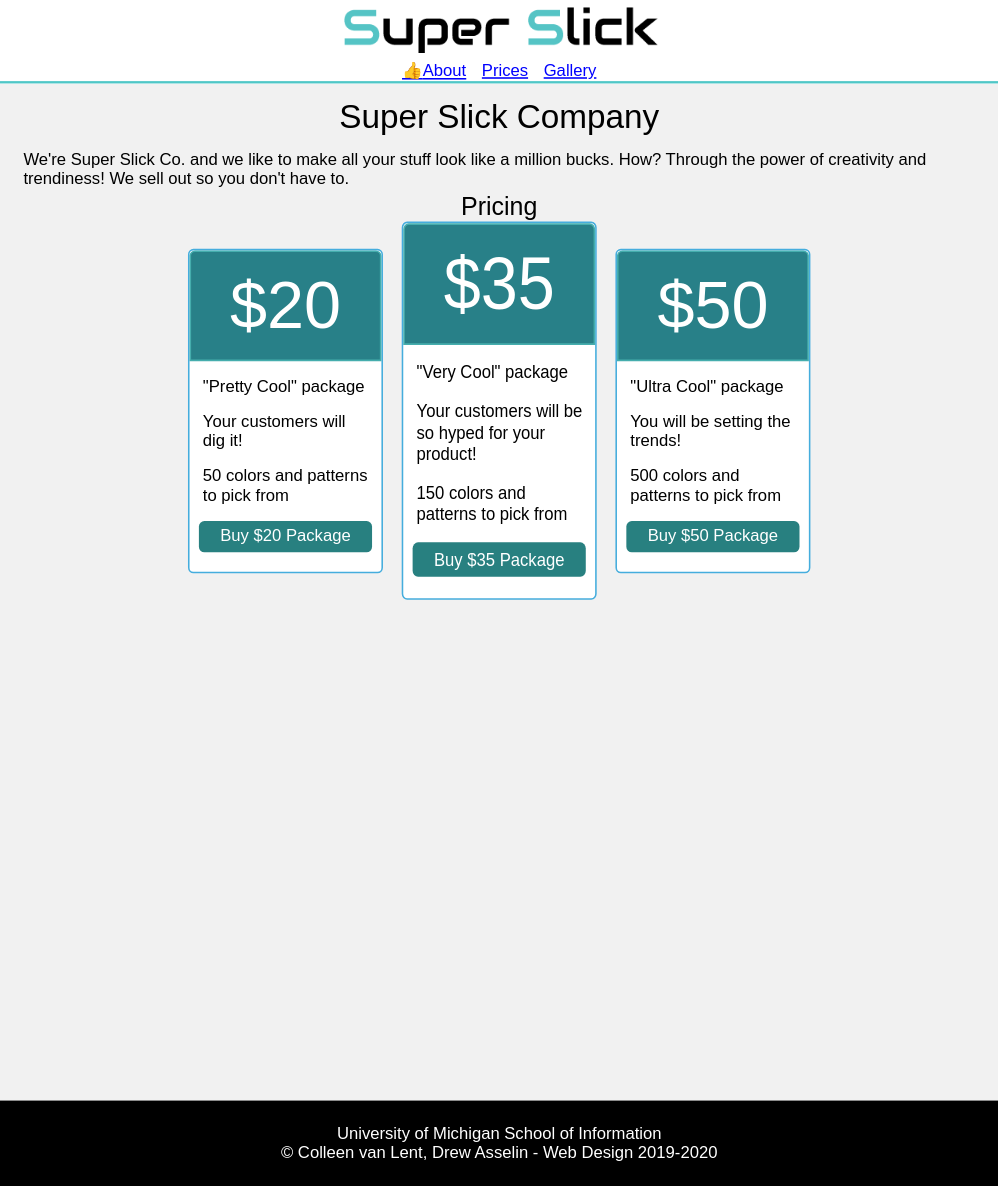
Repository: jiaqili0803/SI_539
Page: hw6-2021-main/homework.html
These files come from the project's save history. The page is drawn as it stood at one moment and after the next save; the edit follows.
The browser window is 1280 px wide. The pictures show the whole page, at 78% of full size.
Some web fonts or font styles are not loaded; a fallback is used.

Above is the page before, as saved 2021-10-29 13:44:32.

### hw6-2021-main/homework.html
<!DOCTYPE html>
<html lang="en">
  <head>
    <meta charset="utf-8">
    <meta name="viewport" content="width=device-width, initial-scale=1.0">
    <link rel="stylesheet" type="text/css" href="css/html5reset.css">
    <link rel="stylesheet" type="text/css" href="css/starter.css">
    <link rel="stylesheet" type="text/css" href="css/style.css">
    <link href='https://fonts.googleapis.com/css?family=Alegreya Sans SC' rel='stylesheet'>
    <link rel="shortcut icon" href="images/logo_icon.png" type="image/png">

   <title>Super Slick Company</title>
  </head>
  <body>
    <a class = "skip" href='#about'>Skip to Main Content</a>
    <header>
      <img src="images/logo.png" alt="" id = "logo">
      <nav>
        <ul class="nav_links">
          <li class="nav_item"><a href="#about">About</a></li>
          <li class="nav_item"><a href="#pricing">Prices</a></li>
          <li class="nav_item"><a href="#gallery">Gallery</a></li>
        </ul>
      </nav>
    </header>
  <main class="about" id="skip">
    <h1>Super Slick Company</h1>

    <p>We're Super Slick Co. and we like to make all your stuff look like a million bucks. How? Through the power of creativity and trendiness! We sell out so you don't have to.</p>

    <h2 id = "pricing">Pricing</h2>
      <div class="pricing">
        <div class="card">
          <header><h3>$20</h3></header>
          <ul>
            <li>"Pretty Cool" package</li>
            <li>Your customers will dig it!</li>
            <li>50 colors and patterns to pick from</li>
          </ul>
          <button>Buy $20 Package</button>
        </div>
        <div class="card card_big">
          <header><h3>$35</h3></header>
          <ul>
            <li>"Very Cool" package</li>
            <li>Your customers will be so hyped for your product!</li>
            <li>150 colors and patterns to pick from</li>
          </ul>
          <button>Buy $35 Package</button>
        </div>
        <div class="card">
          <header><h3>$50</h3></header>
          <ul>
            <li>"Ultra Cool" package</li>
            <li>You will be setting the trends!</li>
            <li>500 colors and patterns to pick from</li>
          </ul>
          <button>Buy $50 Package</button>
        </div>
      </div>

      <h2 id = "gallery">Gallery</h2>
        <div class="gallery">
          <img id="image1" src="images/sample.jpg" alt="" />
          <img id="image2" src="images/sample.jpg" alt="" />
          <img id="image3" src="images/sample.jpg" alt="" />
          <img id="image4" src="images/sample.jpg" alt="" />
          <img id="image5" src="images/sample.jpg" alt="" />
        </div>
    </main>

    <footer>
      <p>University of Michigan School of Information <br/>
        &copy; Colleen van Lent, Drew Asselin - Web Design 2019-2020</p>
    </footer>
  </body>
</html>

### hw6-2021-main/css/html5reset.css
/*
    HTML5 Reset :: style.css
    ----------------------------------------------------------
    We have learned much from/been inspired by/taken code where offered from:
    Eric Meyer                  :: http://meyerweb.com
    HTML5 Doctor                :: http://html5doctor.com
    and the HTML5 Boilerplate   :: http://html5boilerplate.com
-------------------------------------------------------------------------------*/

/* Let's default this puppy out
-------------------------------------------------------------------------------*/

html, body, body div, span, object, iframe, h1, h2, h3, h4, h5, h6, p, blockquote, pre, abbr, address, cite, code, del, dfn, em, img, ins, kbd, q, samp, small, strong, sub, sup, var, b, i, dl, dt, dd, ol, ul, li, fieldset, form, label, legend, table, caption, tbody, tfoot, thead, tr, th, td, article, aside, figure, footer, header, menu, nav, section, time, mark, audio, video, details, summary {
    margin: 0;
    padding: 0;
    border: 0;
    font-size: 100%;
    font-weight: normal;
    vertical-align: baseline;
    background: transparent;
}

main, article, aside, figure, footer, header, nav, section, details, summary {display: block;}

/* Handle box-sizing while better addressing child elements:
   http://css-tricks.com/inheriting-box-sizing-probably-slightly-better-best-practice/ */
html {
    box-sizing: border-box;
}

*,
*:before,
*:after {
    box-sizing: inherit;
}

/* consider resetting the default cursor: https://gist.github.com/murtaugh/5247154 */

/* Responsive images and other embedded objects */
/* if you don't have full control over `img` tags (if you have to overcome attributes), consider adding height: auto */
img,
object,
embed {max-width: 100%;}

/*
   Note: keeping IMG here will cause problems if you're using foreground images as sprites.
    In fact, it *will* cause problems with Google Maps' controls at small size.
    If this is the case for you, try uncommenting the following:
#map img {
        max-width: none;
}
*/

/* force a vertical scrollbar to prevent a jumpy page */
html {overflow-y: scroll;}

/* we use a lot of ULs that aren't bulleted.
    you'll have to restore the bullets within content,
    which is fine because they're probably customized anyway */
ul {list-style: none;}

blockquote, q {quotes: none;}

blockquote:before,
blockquote:after,
q:before,
q:after {content: ''; content: none;}

a {margin: 0; padding: 0; font-size: 100%; vertical-align: baseline; background: transparent;}

del {text-decoration: line-through;}

abbr[title], dfn[title] {border-bottom: 1px dotted #000; cursor: help;}

/* tables still need cellspacing="0" in the markup */
table {border-collapse: separate; border-spacing: 0;}
th {font-weight: bold; vertical-align: bottom;}
td {font-weight: normal; vertical-align: top;}

hr {display: block; height: 1px; border: 0; border-top: 1px solid #ccc; margin: 1em 0; padding: 0;}

input, select {vertical-align: middle;}

pre {
    white-space: pre; /* CSS2 */
    white-space: pre-wrap; /* CSS 2.1 */
    white-space: pre-line; /* CSS 3 (and 2.1 as well, actually) */
    word-wrap: break-word; /* IE */
}

input[type="radio"] {vertical-align: text-bottom;}
input[type="checkbox"] {vertical-align: bottom;}
.ie7 input[type="checkbox"] {vertical-align: baseline;}
.ie6 input {vertical-align: text-bottom;}

select, input, textarea {font: 99% sans-serif;}

table {font-size: inherit; font: 100%;}

small {font-size: 85%;}

strong {font-weight: bold;}

td, td img {vertical-align: top;}

/* Make sure sup and sub don't mess with your line-heights http://gist.github.com/413930 */
sub, sup {font-size: 75%; line-height: 0; position: relative;}
sup {top: -0.5em;}
sub {bottom: -0.25em;}

/* standardize any monospaced elements */
pre, code, kbd, samp {font-family: monospace, sans-serif;}

/* hand cursor on clickable elements */
.clickable,
label,
input[type=button],
input[type=submit],
input[type=file],
button {cursor: pointer;}

/* Webkit browsers add a 2px margin outside the chrome of form elements */
button, input, select, textarea {margin: 0;}

/* make buttons play nice in IE */
button,
input[type=button] {width: auto; overflow: visible;}

/* scale images in IE7 more attractively */
.ie7 img {-ms-interpolation-mode: bicubic;}

/* prevent BG image flicker upon hover
   (commented out as usage is rare, and the filter syntax messes with some pre-processors)
.ie6 html {filter: expression(document.execCommand("BackgroundImageCache", false, true));}
*/

/* let's clear some floats */
.clearfix:after { content: " "; display: block; clear: both; }

### hw6-2021-main/css/starter.css
body{
    margin: 0;
    padding: 0;
    font-size: 16pt; /* test for this! Make all sizes em or rem */
  }

  header{
    background: #fff;
    border-bottom: 3px solid #50C7C7;
  }

  h1{
    font-size: 2em;
    text-align: center;
    line-height: 2;
  }

  h2{
    font-size: 1.5em;
    text-align: center;
    padding: 5px;
  }

  p {
    padding: 0 30px;
  }

  a.skip{
    background: white;
    left: 0;
    padding: 6px;
    position: absolute;
    top: -40px;
    -webkit-transition: top 1s ease-out;
    transition: top 1s ease-out;
    z-index: 1;
  }

  a.skip:focus{
    top:20px;
    color: black;
    text-decoration-style: solid;
  }

  *:focus{
    border: 2px solid black;
  }


  .nav_item a{
    padding: 10px;
  }

  .nav_item a:hover, a:focus{
    color: #50C7C7;
    text-decoration: underline;
    -webkit-text-decoration-style: dotted;
            text-decoration-style: dotted;
  }

  .pricing{
    min-height: 475px;
  }

  .card {
    margin: 12px;
    background: #fff;
    border-radius: 7px;
    padding: 0 0 25px 0;

  }

  .card > ul{
    list-style: none;
    padding-left: 5px;
  }

  .card > ul li {
    width: 90%;
    margin: 20px auto;

  }

.card button{
    width: 90%;
    height: 40px;
    border: 0;
    margin-left: 5%;
    border-radius: 7px;
    background: #288080;
    color: white;
    font-size: 1em;
  }

  .card h3{
    font-size: 4em;
    color: white;
    text-align: center;
  }

  .card_big{
    -webkit-transform: initial;
            transform: initial;
  }

  .gallery{
    min-height: 600px;
  }

  footer{
    background-color: black;
    color: white;
    padding: 30px;
    text-align: center;
  }

  @media screen and (min-width: 850px){
    .card_big{
        -webkit-transform: scaleY(1.1);
        transform: scaleY(1.1);
        z-index: -99;
  }
}

### hw6-2021-main/css/style.css
body{
    font-family: 'Alegreya Sans SC', Sans-Serif;
    background-image: url("../images/concrete_seamless.png");
    background-color: #f1f1f1;

  }

header{
    display: flex;
    flex-direction: column;
    justify-content: center;
    align-items: center;

}

a:link, a:visited {
    color: blue;
}


.nav_links{
    display: flex;
    flex-direction: column;

}

#pricing{
    display: flex;
    flex-direction: column;
    justify-content: center;
    align-items: center;



}

.pricing{
    display: flex;
    /* flex-direction: column; */
    justify-content: center;
    align-items: center;
    flex-wrap: wrap;




}

.card{
    flex-basis: 450px;
}



.card header{
    background-color: #288088;
    border: 2px solid #45ADAD;
    padding-top: 20px;
    padding-bottom: 20px;
    border-top-left-radius: 7px;
    border-top-right-radius: 7px;

}

.gallery img{
    border: 10px solid #50C7C7;
    margin: 10px;
    width: 300px;


}

.gallery{
    display: flex;
    /* flex-direction: column; */
    justify-content: center;
    align-items: center;
    align-content: center;
    flex-wrap: wrap;

}

#logo{
    animation-name: slidein;
    animation-duration: 5s;
    animation-iteration-count: 1;

}


@keyframes slidein {
from {

    width: 50px;
    opacity: 0;
}

to {

    width: 425px;
    opacity: 1;
}
}


@media screen and (min-width: 850px){
    body > header{
        display: flex;
        flex-direction: row;
        justify-content: space-between;


        /* justify-content: flex-start; */
        /* flex-wrap: wrap; */


        position: sticky;
        width: 100%;
        top:0;


    }


    .nav_links{
        flex-direction: row;

    }

    .card{
        flex-basis: 250px;

    }

}

@media screen and (prefers-reduced-motion: reduce){
    #logo {
      animation: none;
    }
}


@media screen and (min-width: 1001px){
    body{
        background-image: none;

    }

    body > header{
        display: flex;
        flex-direction: column;
        /* align-content: space-between; */
    }

    .nav_links{
        display: flex;
        flex-direction: row;
        justify-content: space-between;
        /* flex-wrap: wrap; */

        /* justify-content: left; */





    }

    .pricing{
        margin-bottom: 0;
        display: flex;
    }

    .card{
        border: 2px solid #45ADDD;
        flex-basis: 250px;
    }

    .gallery{
        visibility: hidden;
    }

    #gallery{
        visibility: hidden;
    }

    li:nth-child(1) ::before {
        content: "👍";
      }


    }



/* @media print{
    body{
        background-image: none;

    }

    .nav_links{
        display: flex;
        flex-direction: row;

        justify-content: space-around;


    }

} */

After the next save:
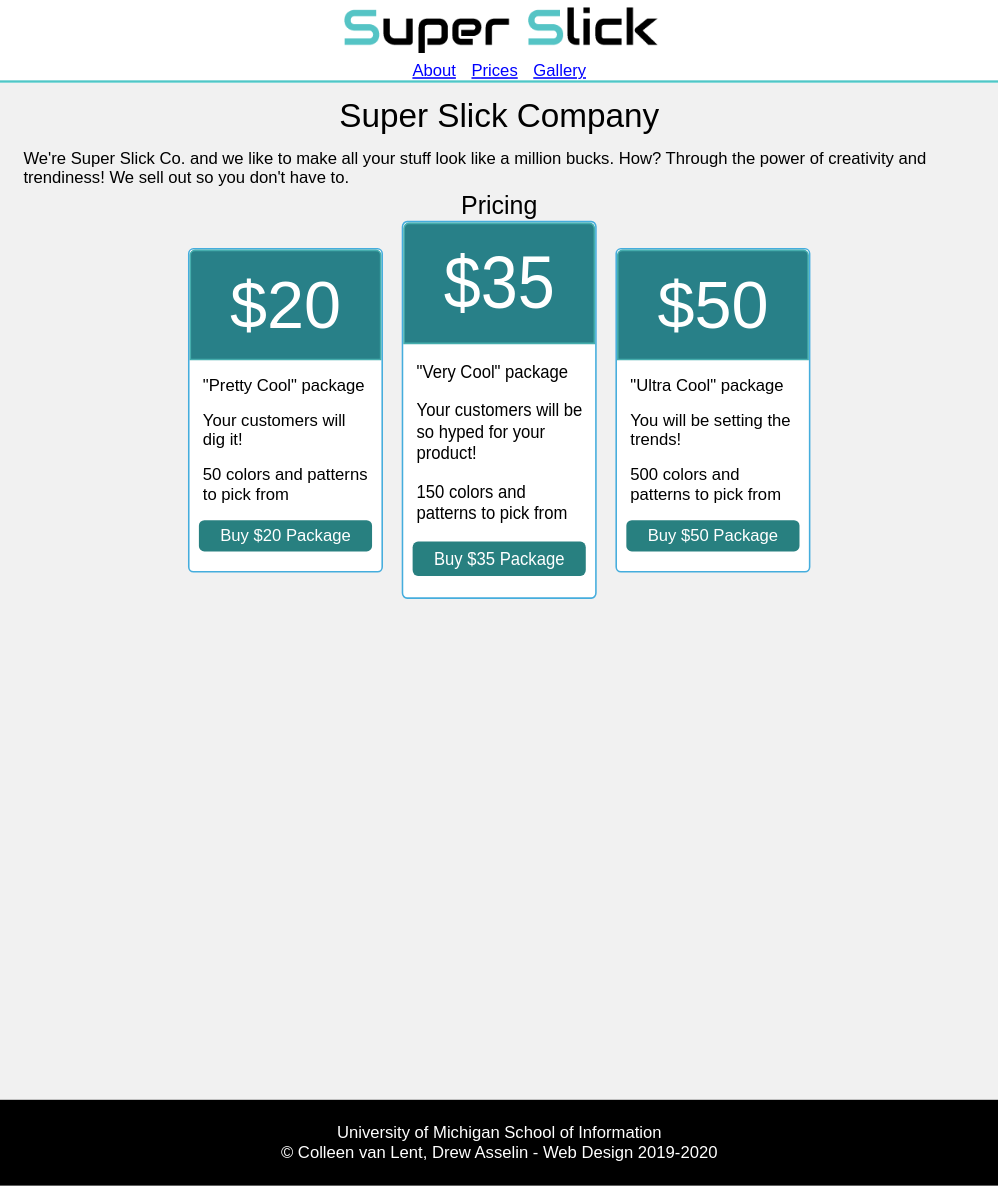
Saved 28 s later.
--- a/hw6-2021-main/css/style.css
+++ b/hw6-2021-main/css/style.css
@@ -185,7 +185,7 @@ to {
         visibility: hidden;
     }
 
-    li:nth-child(1) ::before {
+    h2 li:nth-child(1) ::before {
         content: "👍";
       }
 
